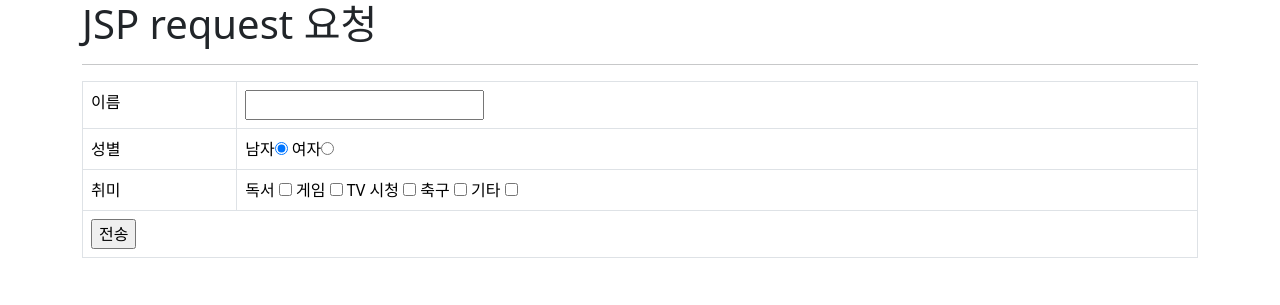
Repository: papepopopy/javascript
Page: http://localhost/webjsp/ex02/jspRequest.jsp
An editor plug-in stored every save of this project. The page is shown before and after the next save, followed by the edit.
The browser window is 1280 px wide. The pictures show the whole page.
The page is served by Tomcat 9. Nobody is signed in. The application's start-up code is not run.

Above is the page before, as saved 2024-07-04 02:18:22.

After the next save:
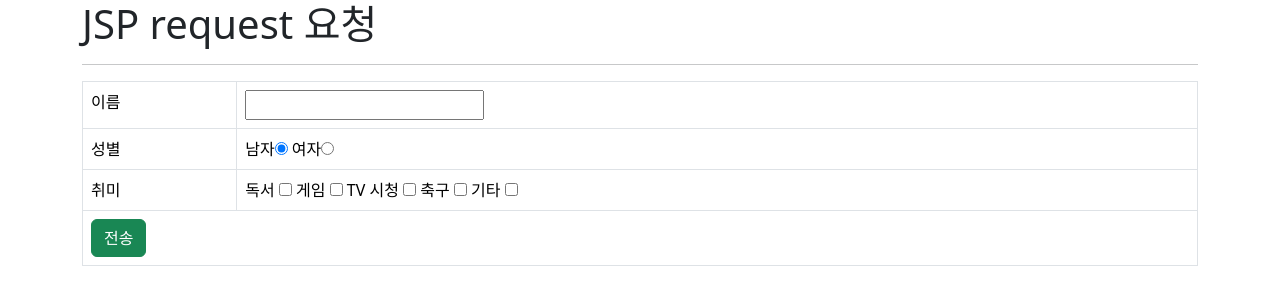
Saved 97 s later.
--- a/jspStudy/jspStudy/webjsp/src/main/webapp/ex02/jspRequest.jsp
+++ b/jspStudy/jspStudy/webjsp/src/main/webapp/ex02/jspRequest.jsp
@@ -42,7 +42,7 @@
 						</tr>
 						<tr>
 							<td colspan="2">
-								<input type="submit" value="전송">
+								<input type="submit" value="전송" class="btn btn-success">
 							</td>
 						</tr>
 					</tbody>
